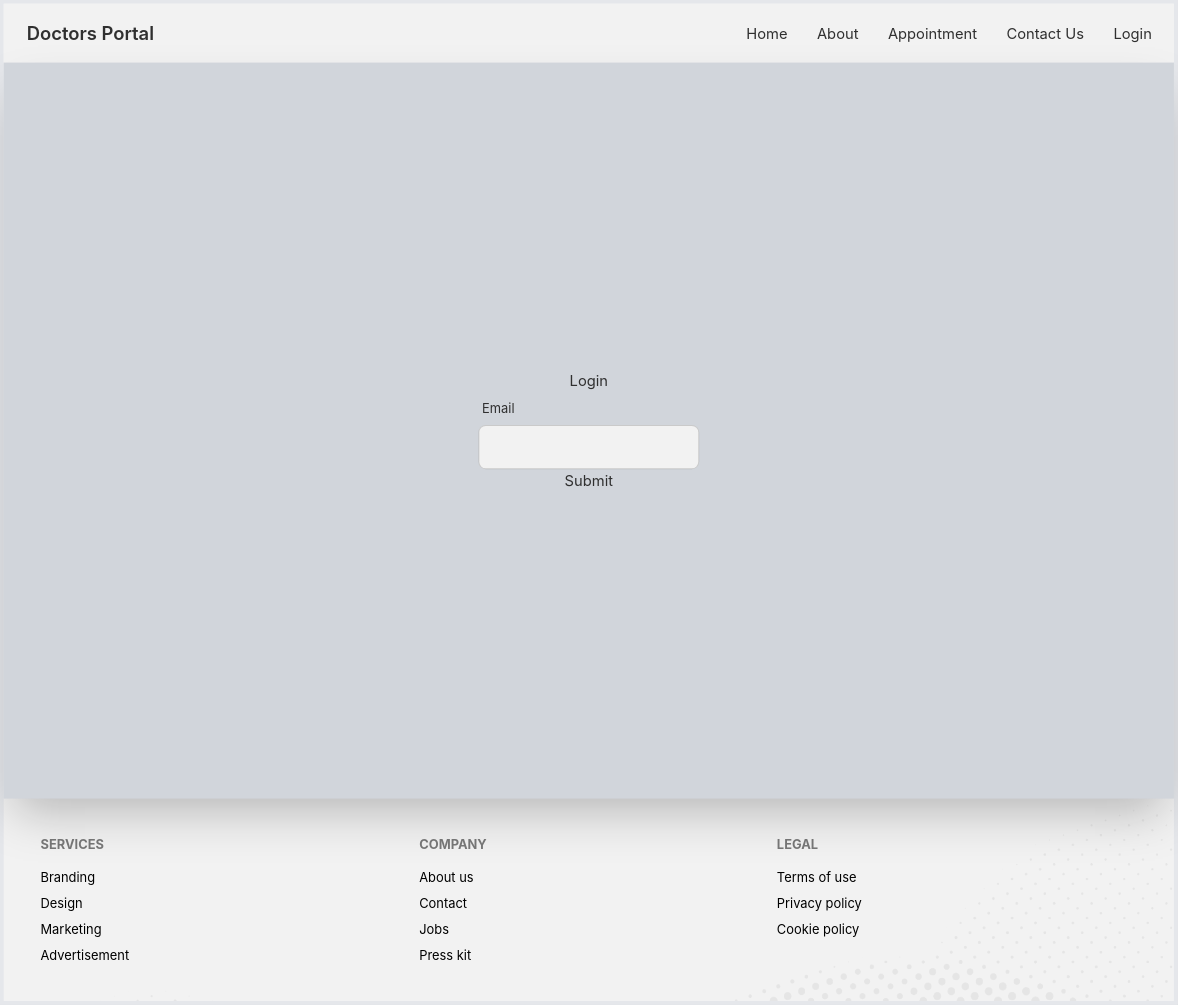
Repository: Samad77/Doctorportal-Client
Page: /login
The author's editor kept a copy of each file at every save. The page is drawn from the files as they stood at one save, then again after the next save.
The browser window is 1280 px wide. The pictures show the whole page, at 92% of full size.
The project was rebuilt for these pictures with package versions that can differ from the ones it lists, and the page was loaded fresh each time. Also part of the build but not shown: src/Pages/Appointment/BookingModal/BookingModal.js, src/Pages/Appointment/AppoinmentCard/AppoinmentCard.js, src/Pages/Appointment/AppointmentBanner/AppointmentBanner.js, src/Pages/Appointment/AvailavleAppoinment/AvailableAppoinment.js, src/Pages/Appointment/Appoinment/Appoinment.js, src/Components/PrimaryButton/PrimaryButton.js, src/Pages/Home/Banner/Banner.js, src/Pages/Home/Cards/Cards.js and 5 more.

Above is the page before, as saved 2022-11-15 11:04:03.

### src/index.js
import React from 'react';
import ReactDOM from 'react-dom/client';
import './index.css';
import App from './App';
import reportWebVitals from './reportWebVitals';
import 'react-day-picker/dist/style.css';
const root = ReactDOM.createRoot(document.getElementById('root'));
root.render(
  <React.StrictMode>
    <App />
  </React.StrictMode>
);

// If you want to start measuring performance in your app, pass a function
// to log results (for example: reportWebVitals(console.log))
// or send to an analytics endpoint. Learn more: https://bit.ly/CRA-vitals
reportWebVitals();

### src/App.js
import logo from './logo.svg';
import './App.css';
import {RouterProvider} from 'react-router-dom'
import router from './Layout/Routes/Routes';
import Cards from './Pages/Home/Cards/Cards';
function App() {
  return (
    <div className="App max-w-[1440px] mx-auto border-4">
      <RouterProvider router={router}>

      </RouterProvider>
    </div>
  );
}

export default App;

### src/Layout/Routes/Routes.js
import { createBrowserRouter } from "react-router-dom";
import Appoinment from "../../Pages/Appointment/Appoinment/Appoinment";
import Home from "../../Pages/Home/Home";
import Login from "../../Pages/Login/Login";
import Main from "../Main/Main";

const router = createBrowserRouter([
    {path : "/",
    element : <Main></Main>,
    children : [
        {path : '/', element : <Home></Home>,},
        {path: '/home', element : <Home></Home>},
        {path: '/login', element : <Login></Login>},
        {path : '/appointment', element: <Appoinment></Appoinment>}
    ]
    }
])

export default router;

### src/Pages/Login/Login.js
import React, { useState } from 'react';
import { useForm } from 'react-hook-form';

const Login = () => {
    const { register, handleSubmit } = useForm();
    const [data, setData] = useState("");

    return (
        <section className='h-[800px] flex justify-center items-center shadow-2xl bg-gray-300'>

            <form onSubmit={handleSubmit((data) => setData(JSON.stringify(data)))} className="w-60">
                <h1 className=''>Login</h1>
                <div className="form-control  max-w-xs">
                    <label className="label">
                        <span className="label-text">Email</span>
                    </label>
                    <input type="text" {...register("Email")} className="input input-bordered w-full max-w-xs"/>
                </div>
                {/* <select {...register("category", { required: true })}>
                    <option value="">Select...</option>
                    <option value="A">Option A</option>
                    <option value="B">Option B</option>
                </select> */}
                {/* <textarea {...register("aboutYou")} placeholder="About you" /> */}
                <p>{data}</p>
                <input type="submit" />
            </form>
        </section>
    );
};

export default Login;

### src/Layout/Main/Main.js
import React from 'react';
import Footer from '../../Pages/Shared/Footer/Footer';
import Navbar from '../../Pages/Shared/Navbar/Navbar';
import {Outlet} from 'react-router-dom'
const Main = () => {
    return (
        <div>
            <Navbar></Navbar>
                <Outlet></Outlet>
            <Footer></Footer>
        </div>
    );
};

export default Main;

### src/Pages/Shared/Footer/Footer.js
import React from 'react';
import footerImg from '../../../assets/images/footer.png'
const Footer = () => {
    return (
        <footer className="footer p-10 text-black" style={{background : `url(${footerImg})`, backgroundSize: "cover"}}>
  <div>
    <span className="footer-title">Services</span>
    <a className="link link-hover">Branding</a>
    <a className="link link-hover">Design</a>
    <a className="link link-hover">Marketing</a>
    <a className="link link-hover">Advertisement</a>
  </div>
  <div>
    <span className="footer-title">Company</span>
    <a className="link link-hover">About us</a>
    <a className="link link-hover">Contact</a>
    <a className="link link-hover">Jobs</a>
    <a className="link link-hover">Press kit</a>
  </div>
  <div>
    <span className="footer-title">Legal</span>
    <a className="link link-hover">Terms of use</a>
    <a className="link link-hover">Privacy policy</a>
    <a className="link link-hover">Cookie policy</a>
  </div>
</footer>
    );
};

export default Footer;

### src/Pages/Shared/Navbar/Navbar.js
import React from 'react';
import {Link} from 'react-router-dom'
const Navbar = () => {

    const menuItems =

    <React.Fragment>
        <li><Link to="/home">Home</Link></li>
        <li><Link to="/about">About</Link></li>
        <li><Link to="/appointment">Appointment</Link></li>
        <li><Link to="/contact">Contact Us</Link></li>
        <li><Link to="/login">Login</Link></li>
    </React.Fragment>

    return (
        <div className="navbar bg-base-100 flex justify-between">
  <div className="navbar-start">
    <div className="dropdown">
      <label tabIndex={0} className="btn btn-ghost lg:hidden">
        <svg xmlns="http://www.w3.org/2000/svg" className="h-5 w-5" fill="none" viewBox="0 0 24 24" stroke="currentColor"><path strokeLinecap="round" strokeLinejoin="round" strokeWidth="2" d="M4 6h16M4 12h8m-8 6h16" /></svg>
      </label>
      <ul tabIndex={0} className="menu menu-compact dropdown-content mt-3 p-2 shadow rounded-box w-52">
            {menuItems}
      </ul>
    </div>
    <Link to='/' className="btn btn-ghost normal-case text-xl">Doctors Portal</Link>
  </div>
  <div className="navbar-center hidden lg:flex">
    <ul className="menu menu-horizontal p-0">
        {menuItems}
    </ul>
  </div>

</div>
    );
};

export default Navbar;

### tailwind.config.js
/** @type {import('tailwindcss').Config} */
module.exports = {
  content: ["./src/**/*.{js,jsx,ts,tsx}"],
  theme: {
    extend: {},
  },
  daisyui : {
    themes : [

    {
      doctorThemes: {

primary: "#0FCFEC",

secondary: "#19D3AE",

neutral: "#3A4256",

"base-100": "#F2F2F2",

      },
    },
  ]
  },
  plugins: [require("daisyui")],
}

Loaded but not shown: public/index.html (common file); src/index.css (common file); src/reportWebVitals.js (common file); src/App.css (common file)

After the next save:
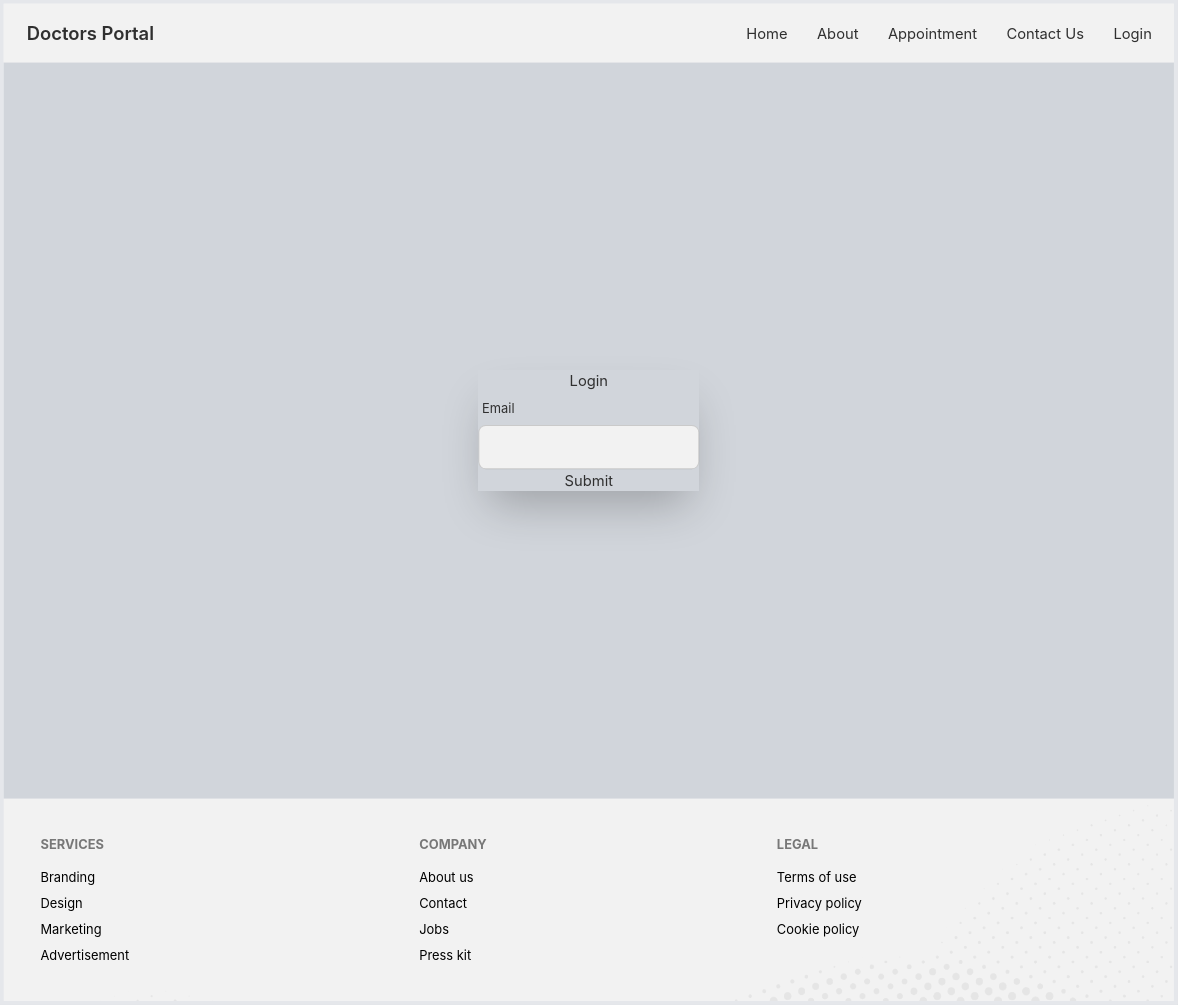
Saved 15 s later.
--- a/src/Pages/Login/Login.js
+++ b/src/Pages/Login/Login.js
@@ -6,9 +6,9 @@ const Login = () => {
     const [data, setData] = useState("");
 
     return (
-        <section className='h-[800px] flex justify-center items-center shadow-2xl bg-gray-300'>
+        <section className='h-[800px] flex justify-center items-center  bg-gray-300'>
 
-            <form onSubmit={handleSubmit((data) => setData(JSON.stringify(data)))} className="w-60">
+            <form onSubmit={handleSubmit((data) => setData(JSON.stringify(data)))} className="w-60 shadow-2xl">
                 <h1 className=''>Login</h1>
                 <div className="form-control  max-w-xs">
                     <label className="label">
